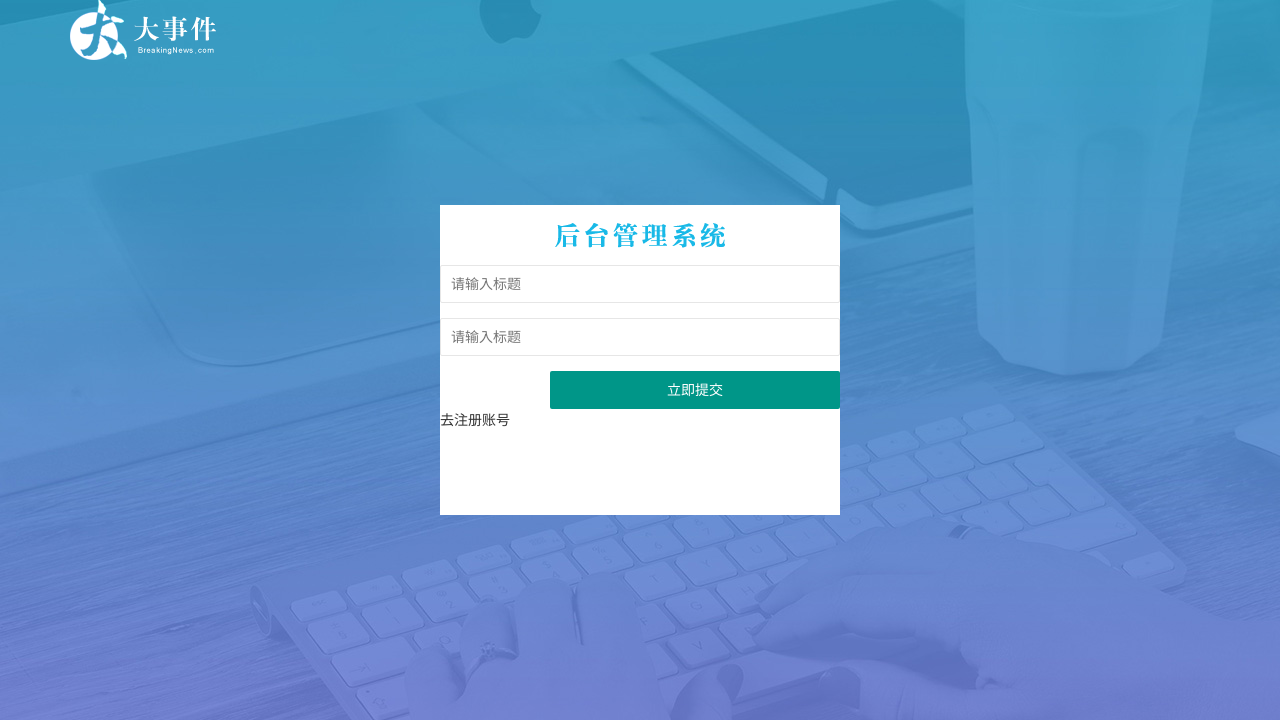
Repository: lithronmatic/web_bigbigevent
Page: login.html
The author's editor kept a copy of each file at every save. The page is drawn from the files as they stood at one save, then again after the next save.
The browser window is 1280 px wide. The pictures show the whole page.

Above is the page before, as saved 2022-08-23 12:07:06.

### login.html
<!DOCTYPE html>
<html lang="en">

<head>
    <meta charset="UTF-8">
    <meta http-equiv="X-UA-Compatible" content="IE=edge">
    <meta name="viewport" content="width=device-width, initial-scale=1.0">
    <title>大事件-登录/注册</title>
    <link rel="stylesheet" href="/assets/lib/layui/css/layui.css">
    <link rel="stylesheet" href="./assets/css/login.css">
</head>

<body>
    <!-- 头部的logo区域 -->
    <div class="layui-main">
        <img src="./assets/images/logo.png" alt="">
    </div>

    <!-- 登录注册区域 -->
    <div class="loginAndRegBox">
        <div class="title-box"></div>
        <!-- 登录的div -->
        <div class="login-box">
            <!-- 登录的表单 -->
            <form class="layui-form" action="">
                <!-- 用户名 -->
                <div class="layui-form-item">
                    <input type="text" name="title" required lay-verify="required" placeholder="请输入标题"
                        autocomplete="off" class="layui-input">
                </div>
                <!-- 密码 -->
                <div class="layui-form-item">
                    <input type="text" name="title" required lay-verify="required" placeholder="请输入标题"
                        autocomplete="off" class="layui-input">
                </div>
                <div class="layui-input-block">
                    <button class="layui-btn layui-btn-fluid" lay-submit lay-filter="formDemo">立即提交</button>
                  </div>
            </form>
            <a href="javascript:;" id="link_reg">去注册账号</a>
        </div>
        <!-- 注册的div -->
        <div class="reg-box">
            <a href="javascript:;" id="link_login">去登录</a>
        </div>
    </div>

    <!-- 导入jq -->
    <script src="./assets/lib/jquery.js"></script>
    <!-- 导入自己的js -->
    <script src="./assets/js/login.js"></script>
</body>

</html>

### assets/css/login.css
/* html,body{
    margin:0;
    padding: 0;
    height:100%;
    width:100%;
    background: url(../images/login_bg.jpg) no-repeat center;
    background-size: cover;
}

.loginAndRegBox{
    width:400px;
    height: 310px;
    background-color: #fff;
    position:absolute;
    top:50%;
    left:50%;
    transform: translate(-50%,-50%);
}

.title-box{
    height:60px;
    background: url(../images/login_title.png) no-repeat center;
}

.reg-box{
    display: none;
}

.layui-form{
    padding: 0 30px;
}
.links{
    display: flex;
    justify-content: flex-end;
}
.links a{
    font-size: 12px;
}

.layui-form-item{
    position:relative;
}
.layui-icon{
    position: absolute;
    top:10px;
    left:10px;
}
.layui-input{
    padding-left:32px;
} */

html,body{
    padding: 0;
    margin: 0;
    width:100%;
    height:100%;
    background:url(../images/login_bg.jpg) no-repeat center;
    background-size: cover;
}
.loginAndRegBox{
    position:absolute;
    left:50%;
    top:50%;
    transform: translate(-50%,-50%);
    width:400px;
    height:310px;
    background-color: white;
}
.title-box{
    height:60px;
    background: url(../images/login_title.png) no-repeat center;
}
.reg-box{
    display: none;
}

### assets/js/login.js
// $(function(){
//     // 点击"去注册账号"的链接
//     $("#link_reg").on("click",function(){
//         $(".login-box").hide();
//         $(".reg-box").show();
//     });

//     // 点击"去登录"的链接
//     $("#link_login").on("click",function(){
//         $(".login-box").show();
//         $(".reg-box").hide();
//     })

//     // 从layui中获取form对象
//     var form = layui.form;
//     // 从layui中获取layer对象
//     var layer = layui.layer;
//     // 通过form.verify()函数自定义校验规则
//     form.verify({
//         // 自定义pwd校验规则
//         pwd: [
//             /^[\S]{6,12}$/
//             ,'密码必须6到12位，且不能出现空格'
//           ],
//         //   校验再次确认密码的规则
//         repwd:function(value,item){//value是表单的值
//             var pwd = $(".reg-box input[name=password]").val();
//             if(pwd!==value){
//                 return '两次密码不一致';
//             }
//         }
//     });

//     // 监听注册表单的提交事件
//     $("#form_reg").on("submit",function(e){
//         e.preventDefault();
//         $.post('/api/reguser',
//          {
//             username:$("#form_reg input[name=username]").val(),
//             password:$("#form_reg input[name=password]").val()
//          },
//         function(res){
//             if(res.status!=0){
//                 return layer.msg(res.message);
//             }
//             layer.msg('注册成功，请登录!');
//             // 模拟点击行为
//             $("#link_login").click();
//         })
//     })

//     // 监听登录表单的提交事件
//     $("#form_login").submit(function(e){
//         e.preventDefault();
//         // 快速获取表单中的数据
//         var data = $(this).serialize();
//         $.ajax({
//             method:'POST',
//             url:'/api/login',
//             data:data,
//             success:function(res){
//                 if(res.status!==0){
//                     return layer.msg(res.message);
//                 }
//                 layer.msg('登录成功!');
//                 // 将登录成功得到的token字符串，保存到localStorage
//                 localStorage.setItem('token',res.token);
//                 // 跳转到后台主页
//                 location.href = '/index.html'
//             }
//         })
//     })
// })

$(function(){
    // 点击去注册账号的链接
    $('#link_reg').on('click',function(){
        $('.login-box').hide();
        $('.reg-box').show();
    })
    // 点击去登录账号的链接
    $('#link_login').on('click',function(){
        $('.reg-box').hide();
        $('.login-box').show();
    })
})

Loaded but not shown: assets/lib/layui/css/layui.css (library); assets/lib/jquery.js (library)

After the next save:
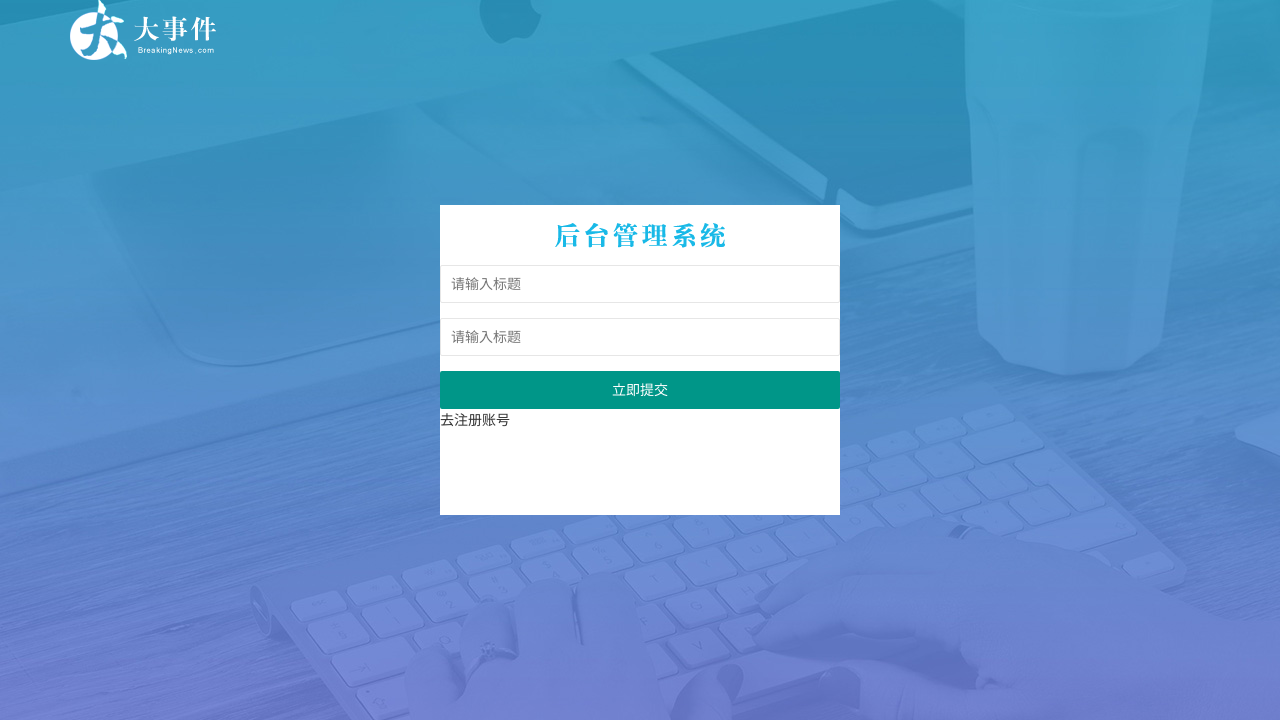
Saved 15 s later.
--- a/login.html
+++ b/login.html
@@ -33,9 +33,9 @@
                     <input type="text" name="title" required lay-verify="required" placeholder="请输入标题"
                         autocomplete="off" class="layui-input">
                 </div>
-                <div class="layui-input-block">
+                <div>
                     <button class="layui-btn layui-btn-fluid" lay-submit lay-filter="formDemo">立即提交</button>
-                  </div>
+                </div>
             </form>
             <a href="javascript:;" id="link_reg">去注册账号</a>
         </div>
